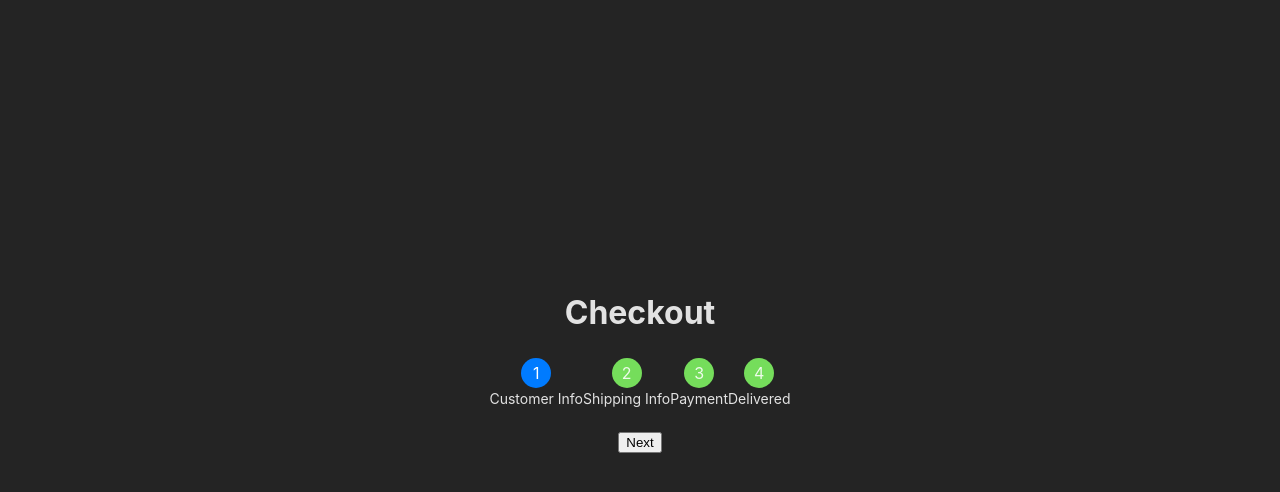
Repository: s-babaeizadeh/stepper-react
Page: /
An editor plug-in stored every save of this project. The page is shown before and after the next save, followed by the edit.
The browser window is 1280 px wide. The pictures show the whole page.
The project was rebuilt for these pictures with package versions that can differ from the ones it lists, and the page was loaded fresh each time. Also part of the build but not shown: vite.config.js.

Above is the page before, as saved 2024-08-10 11:06:44.

After the next save:
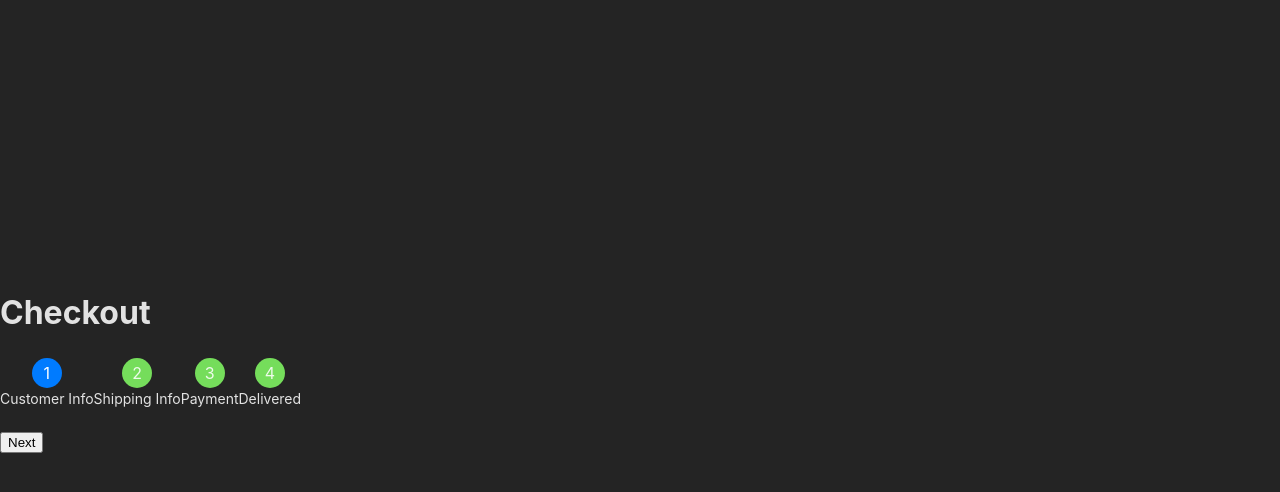
Saved 12 s later.
--- a/src/App.css
+++ b/src/App.css
@@ -1,8 +1,8 @@
 #root {
   /* max-width: 1280px; */
-  margin: 0 auto;
+  /* margin: 0 auto;
   padding: 2rem;
-  text-align: center;
+  text-align: center; */
 }
 
 .step-name {

After the save that followed:
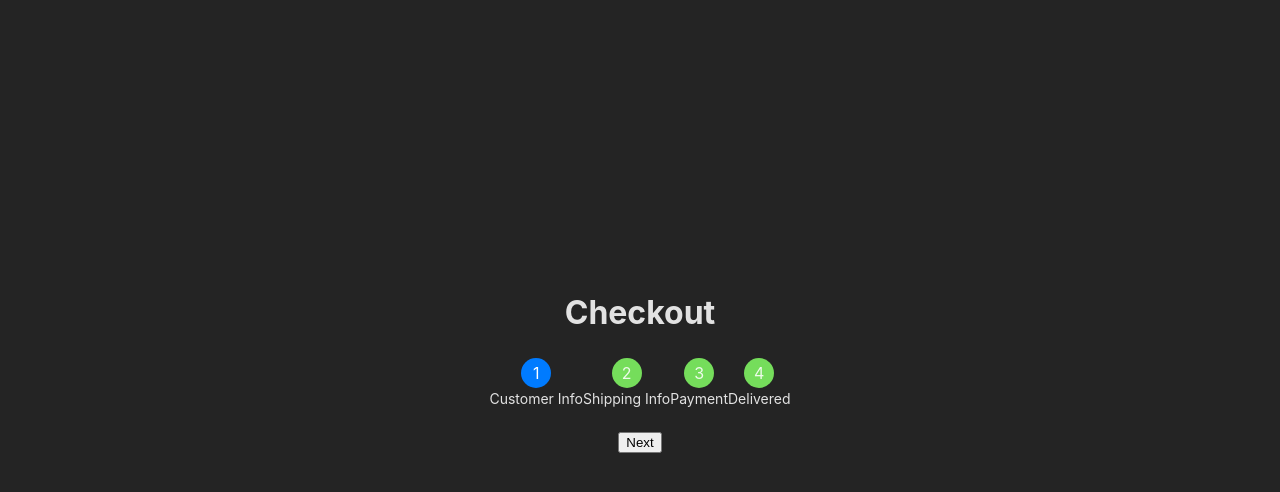
Saved 6 s later.
--- a/src/App.css
+++ b/src/App.css
@@ -1,8 +1,8 @@
 #root {
   /* max-width: 1280px; */
-  /* margin: 0 auto;
+  margin: 0 auto;
   padding: 2rem;
-  text-align: center; */
+  text-align: center;
 }
 
 .step-name {
